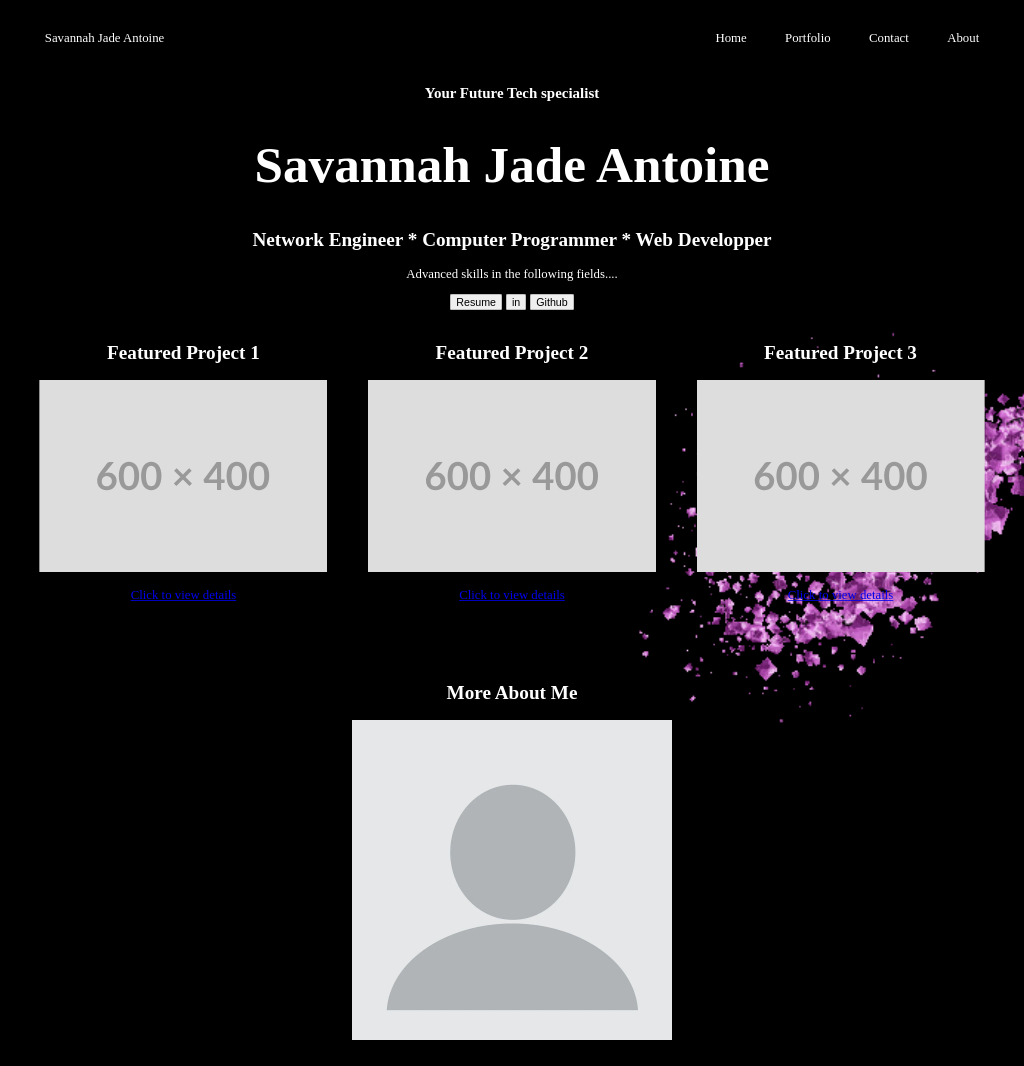
Repository: Savannah-Antoine/Savannah-Antoine
Page: index.html
An editor plug-in stored every save of this project. The page is shown before and after the next save, followed by the edit.
The browser window is 1280 px wide. The pictures show the whole page, at 80% of full size.

Above is the page before, as saved 2026-05-15 12:19:01.

### index.html
<!DOCTYPE html>
<html lang="en">
<head>
    <meta charset="UTF-8">
    <meta name="viewport" content="width=device-width, initial-scale=1.0">
    <link rel = "stylesheet" href = "./styles/index.css" />
    <link rel = "stylesheet" href = "./styles/globals.css" />
    <title>Document</title>
</head>
<body>
<header>
    <nav>
        <ul class = "navigation">
  <li><a href="index.html">Home</a></li>
  <li><a href="portfolioPage.html">Portfolio</a></li>
  <li><a href="contact">Contact</a></li>
  <li><a href="about.asp">About</a></li>
</ul>
        <ul class = "homeButton">
           <li><a href = "index.html">Savannah Jade Antoine</a></li>
        </ul>
</nav>
<h3>Your Future Tech specialist</h3>
<h1> Savannah Jade Antoine</h1>
<h2>Network Engineer * Computer Programmer * Web Developper</h2>
<p> Advanced skills in the following fields....</p>
<a href = "Savannah Jade Resume (1).pdf"><button>Resume</button></a>
<a href = "www.linkedin.com/in/savannah-antoine-ab0756390"><button>in</button></a>
<button>Github</button>

</header>
<main class = "container">
<section class = "project-card">

<h2>Featured Project 1</h2>
<img src = "./assets/images/placeholder1.svg" alt = "First Portfolio placeholder image" />
<p><a href = "./pages/project-name-1.html">Click to view details</a></p>
</section>


<section class = "project-card">
<h2>Featured Project 2</h2>
<img src = "./assets/images/placeholder1.svg" alt = "Second Portfolio placeholder image" />
<p><a href = "./pages/project-name-2.html">Click to view details</a></p>
</section>
<section class = "project-card">
<h2>Featured Project 3</h2>
<img src = "./assets/images/placeholder1.svg" alt = "Third Portfolio placeholder image" />
<p><a href = "./pages/project-name-3.html">Click to view details</a></p>
</section>

<div id = "AboutMe" class = "aboutMe">
<h2>More About Me</h2>
<img src = "./assets/images/profilepic.png" alt = "profile picture" />
</div>


</main>

</body>
</html>

### styles/index.css
.container{
  display: flex;
    flex-direction: column;
    align-items: center;
    gap: 2rem;
    padding: 20px;
}



body h1{
    font-size: 2.5rem;

}

img{
   width: 100%;
    max-width: 400px;
    height: auto;
}

@media screen and (min-width: 768px)
{
   body h1 {
        font-size: 4rem;
    }
    .container {
        flex-direction: row;
        flex-wrap: wrap;
        justify-content: space-around;
        align-items: flex-start;
    }
    .project-card {
        width: 30%;
        min-width: 250px;
        text-align: center;
    }

    .aboutMe{
        width: 100%;
        text-align: center;
        margin-top: 2rem;

    }
}




@media screen and (min-width: 1000px)
{
    .container {
        max-width: 1200px;
        margin: 0 auto;
    }
}

### styles/globals.css
body {
    background-color: black;
  background-image: url(/assets/images/background-pic.gif);
  background-repeat: no-repeat;
  background-size: cover;
  color: white;
  font-size: 16px;
  text-align: center;
}



.homeButton{
  order: -1;
  list-style-type: none;
  margin: 0;
  padding: 0;
  display: flex;
  justify-content: left;

}


nav {
    display: flex;
    justify-content: space-between;
    align-items: center;
    padding: 1rem 2rem;
}


nav ul {
    display: flex;
    list-style: none;
    gap: 1rem;
    margin: 0;
    padding: 0;
}



li a {
  display: block;
  color: white;
  padding: 14px 16px;
  text-decoration: none;
}

ul li a:hover {
  background-color: #be6c6c;
}

h1{

  font-size: 4rem;
}

After the next save:
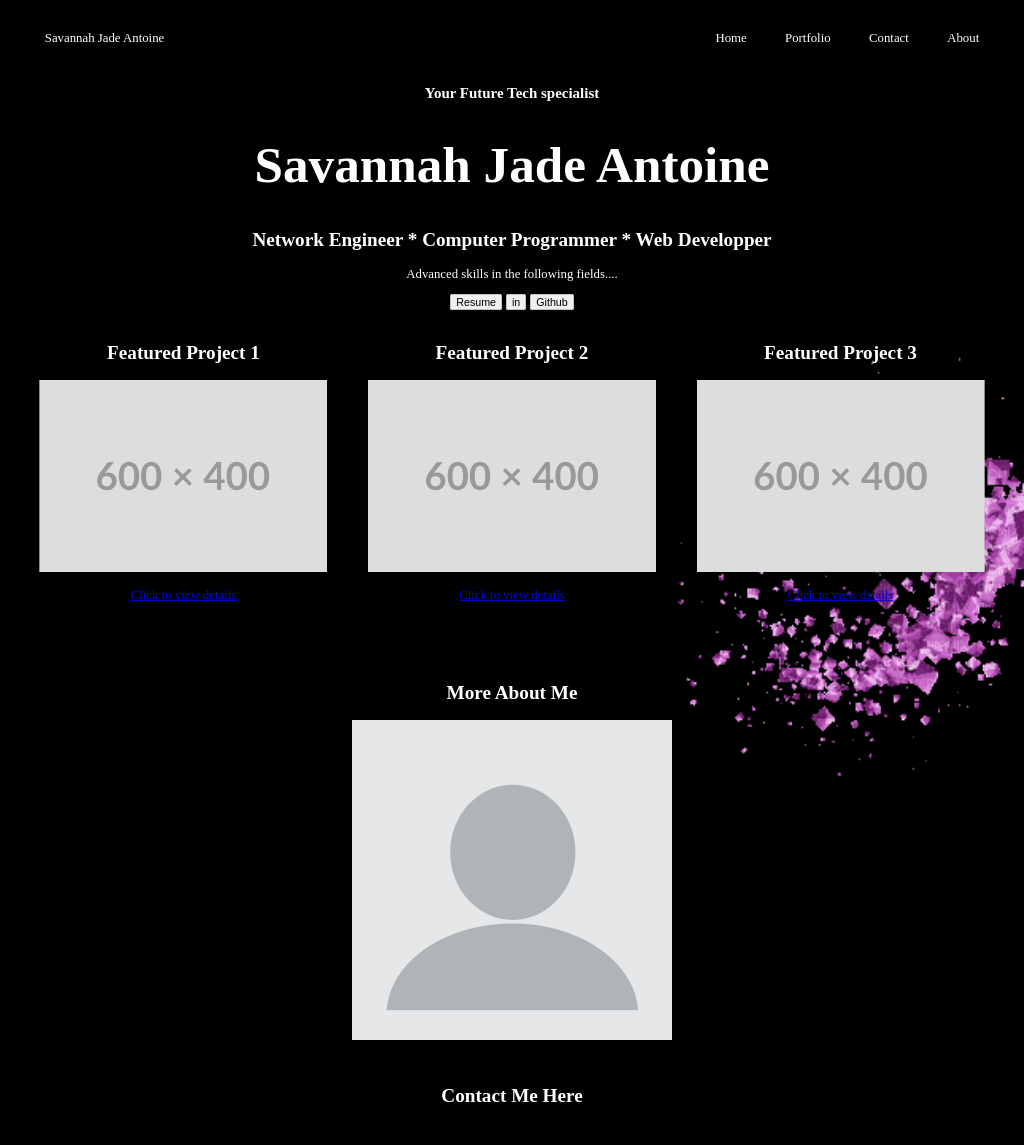
Saved 3 min 57 s later.
--- a/index.html
+++ b/index.html
@@ -12,9 +12,9 @@
     <nav>
         <ul class = "navigation">
   <li><a href="index.html">Home</a></li>
-  <li><a href="portfolioPage.html">Portfolio</a></li>
-  <li><a href="contact">Contact</a></li>
-  <li><a href="about.asp">About</a></li>
+  <li><a href="#PortfolioSection">Portfolio</a></li>
+  <li><a href="#ContactMe">Contact</a></li>
+  <li><a href="#AboutMe">About</a></li>
 </ul>
         <ul class = "homeButton">
            <li><a href = "index.html">Savannah Jade Antoine</a></li>
@@ -30,7 +30,7 @@
 
 </header>
 <main class = "container">
-<section class = "project-card">
+<section id = "PortfolioSection" class = "project-card">
 
 <h2>Featured Project 1</h2>
 <img src = "./assets/images/placeholder1.svg" alt = "First Portfolio placeholder image" />
@@ -49,10 +49,16 @@
 <p><a href = "./pages/project-name-3.html">Click to view details</a></p>
 </section>
 
-<div id = "AboutMe" class = "aboutMe">
+<section id = "AboutMe" class = "aboutMe">
 <h2>More About Me</h2>
 <img src = "./assets/images/profilepic.png" alt = "profile picture" />
-</div>
+</section>
+
+<section id = "ContactMe">
+<h2>Contact Me Here</h2>
+
+</section>
+
 
 
 </main>
